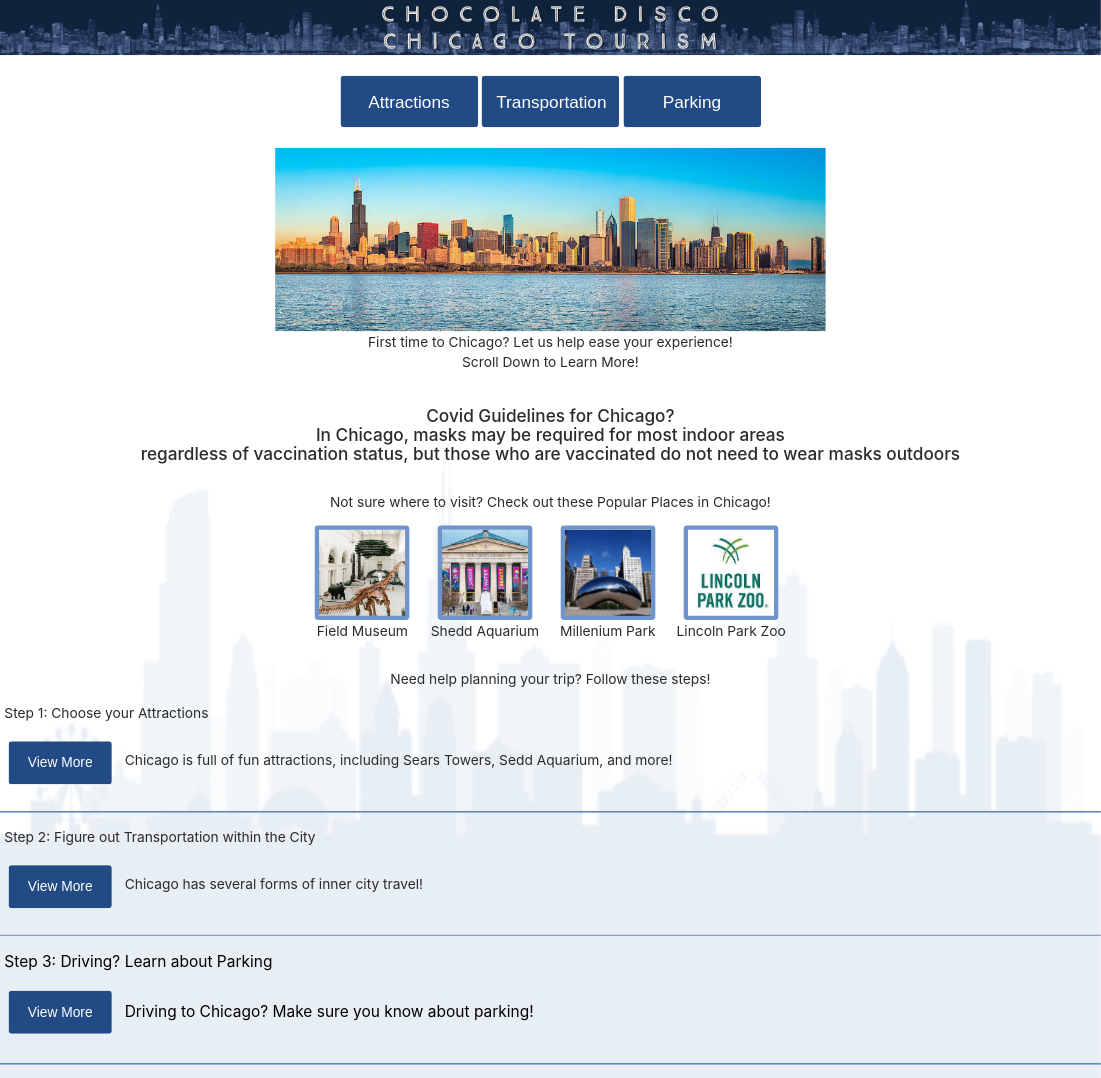
Repository: rkodit2/cs422project
Page: homepage.html
An editor plug-in stored every save of this project. The page is shown before and after the next save, followed by the edit.
The browser window is 1280 px wide. The pictures show the whole page, at 86% of full size.

Above is the page before, as saved 2021-11-26 13:52:33.

After the next save:
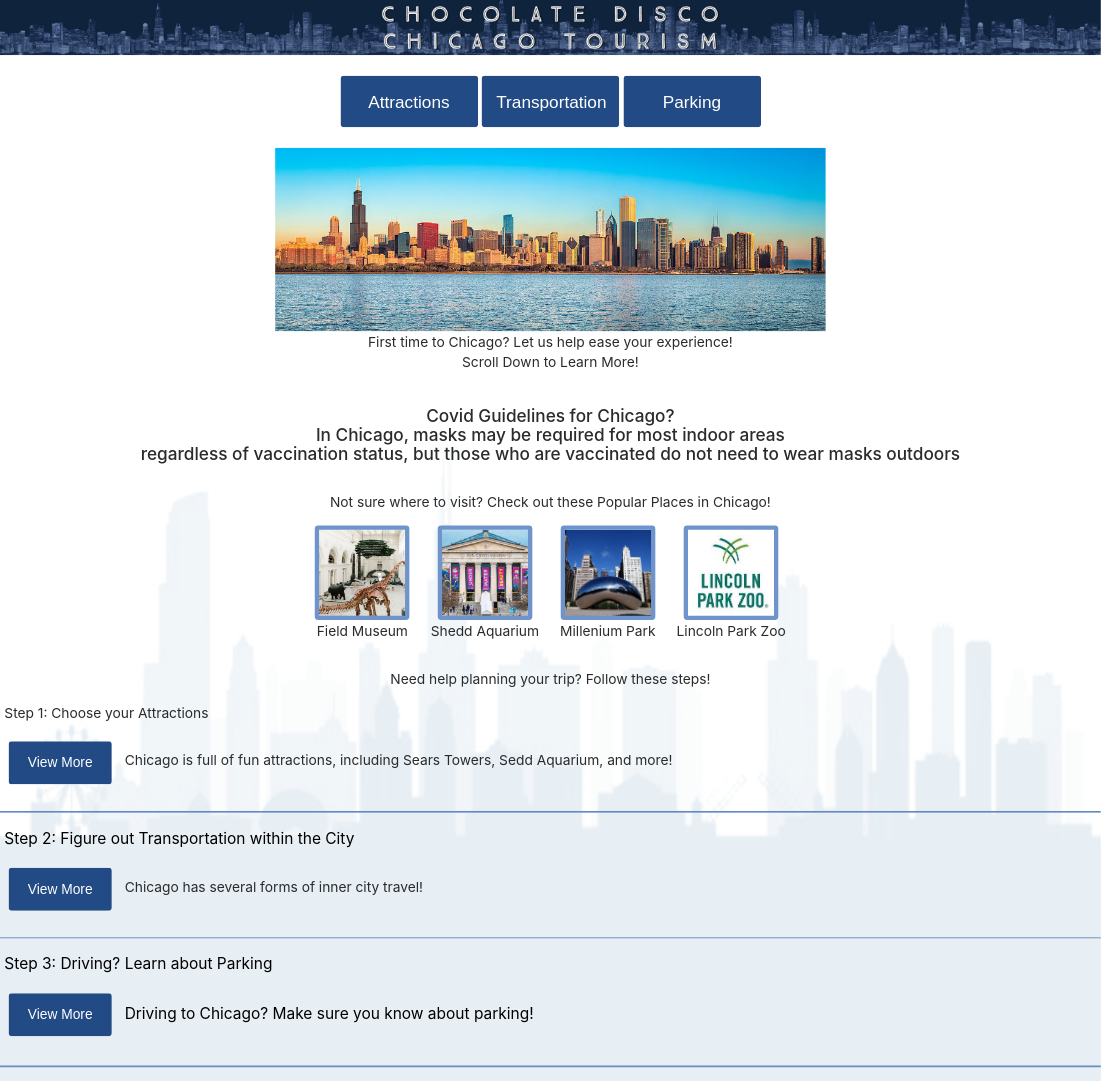
Saved 49 s later.
--- a/homepage.html
+++ b/homepage.html
@@ -75,7 +75,7 @@
     <!-- <br> -->
     <hr style="background-color: rgb(111, 148, 204); height: .5px">
 
-    <p style = "padding-left: 5px;"> Step 2: Figure out Transportation within the City </p>
+    <p style = "padding-left: 5px; font-size: 18px; color: black;"> Step 2: Figure out Transportation within the City </p>
     <div class= "viewMore">
       <button type ="button" id="VMT" class="btn" onclick="location.href='transportation.html';" style = "width: 120px; height:50px; vertical-align: middle;  margin-left: 10px; margin-top: 5px; white-space: normal; background-color: rgb(34, 74, 133); color: white;" onmouseenter = "this.style.backgroundColor = 'rgb(111, 148, 204)'" onmouseleave="style.backgroundColor = 'rgb(34, 74, 133)'"> View More </button>
       <span style = "padding: 15px;">
